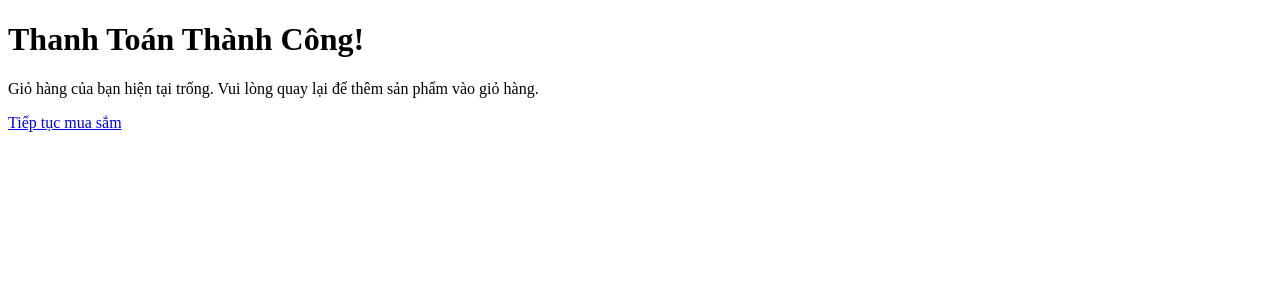
Repository: Thang871/web-thoi-trang
Page: http://localhost/checkout
These files come from the project's save history. The page is drawn as it stood at one moment and after a run of saves; the edit follows.
The browser window is 1280 px wide. The pictures show the whole page.
The page is served by the project's application, run on Flask 3 (app.py).

Above is the page before, as saved 2024-11-25 10:38:37.

After the next 2 saves:
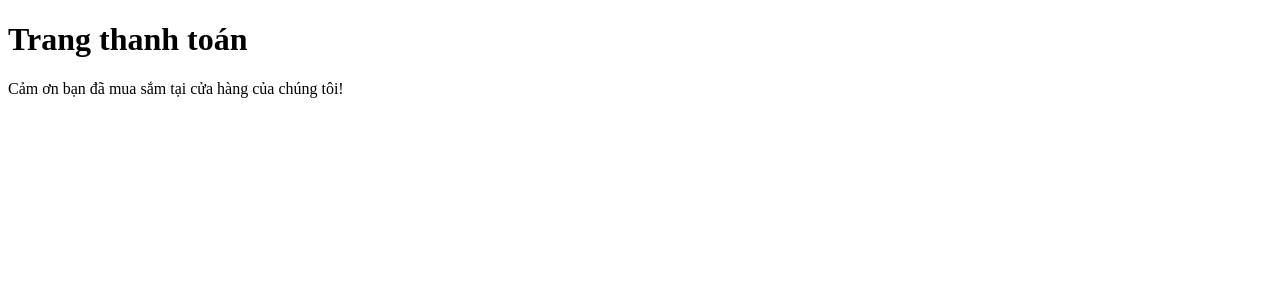
The 2 saves are shown as one change because 1 did not build or start.
The last was saved 8 min 49 s later.
--- a/templates/checkout.html
+++ b/templates/checkout.html
@@ -3,24 +3,11 @@
 <head>
     <meta charset="UTF-8">
     <meta name="viewport" content="width=device-width, initial-scale=1.0">
-    <title>Thanh Toán Thành Công</title>
+    <title>Thanh toán</title>
 </head>
 <body>
-    <h1>Thanh Toán Thành Công!</h1>
-
-    {% if success %}
-    <p>Cảm ơn bạn đã mua sắm tại cửa hàng chúng tôi. Đơn hàng của bạn đã được thanh toán thành công!</p>
-    <p><strong>Đơn hàng của bạn:</strong></p>
-    <ul>
-        {% for item in cart_items %}
-        <li>{{ item['name'] }} - {{ item['price'] }} VND</li>
-        {% endfor %}
-    </ul>
-    <p>Tổng cộng: {{ total_price }} VND</p>
-    {% else %}
-    <p>Giỏ hàng của bạn hiện tại trống. Vui lòng quay lại để thêm sản phẩm vào giỏ hàng.</p>
-    {% endif %}
-
-    <a href="/">Tiếp tục mua sắm</a>
+    <h1>Trang thanh toán</h1>
+    <!-- Bạn có thể thêm các form nhập thông tin thanh toán ở đây -->
+    <p>Cảm ơn bạn đã mua sắm tại cửa hàng của chúng tôi!</p>
 </body>
 </html>
